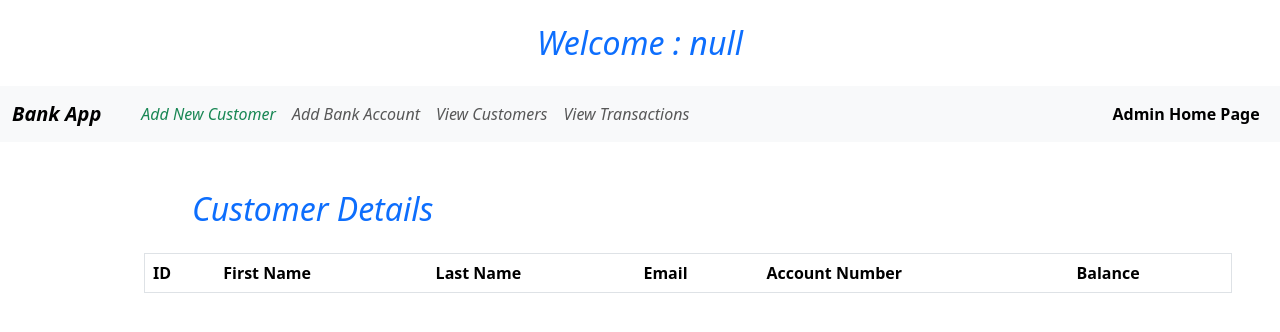
Repository: Niket-mishra/Dummy
Page: http://localhost/demo/user-list.jsp
The author's editor kept a copy of each file at every save. The page is drawn from the files as they stood at one save, then again after the next save.
The browser window is 1280 px wide. The pictures show the whole page.
The page is served by Tomcat 10. The template is opened directly, without the code that normally fills it, so the values that code supplies are empty.

Above is the page before, as saved 2024-05-11 10:28:41.

After the next save:
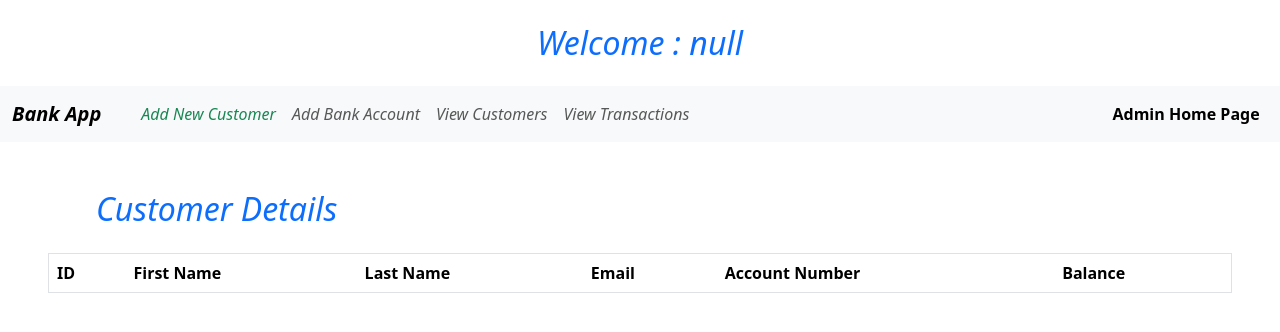
Saved 26 s later.
--- a/demo/src/main/webapp/user-list.jsp
+++ b/demo/src/main/webapp/user-list.jsp
@@ -40,7 +40,7 @@
 </nav>
 
 
-<div class = "ms-5 me-5 ps-5 pe-5">
+<div class = " me-5 pe-5">
 <h2 class ="mb-4 fst-italic text-primary ms-5 ps-5">Customer Details</h2>
                     <table border="1" class="table table-hover ms-5 me-5 ps-5 pe-5 mb-4">
                         <thead>
